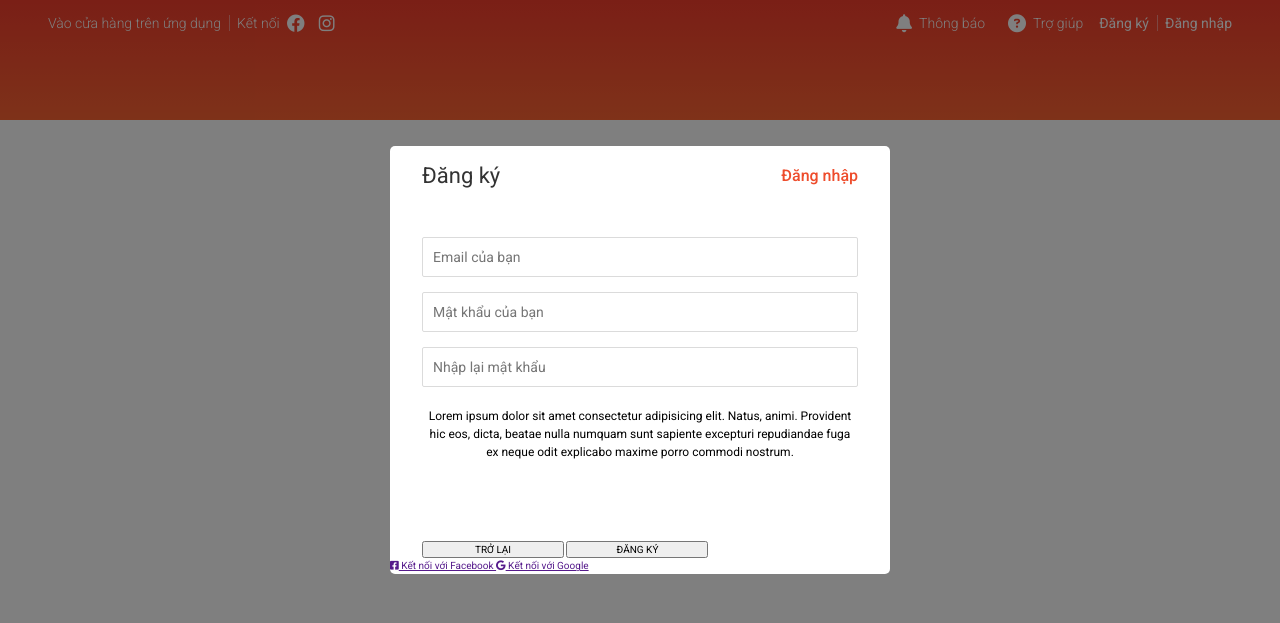
Repository: dptuyen1/F8-Tutorial
Page: index.html
These files come from the project's save history. The page is drawn as it stood at one moment and after the next save; the edit follows.
The browser window is 1280 px wide. The pictures show the whole page.

Above is the page before, as saved 2023-05-08 17:09:45.

After the next save:
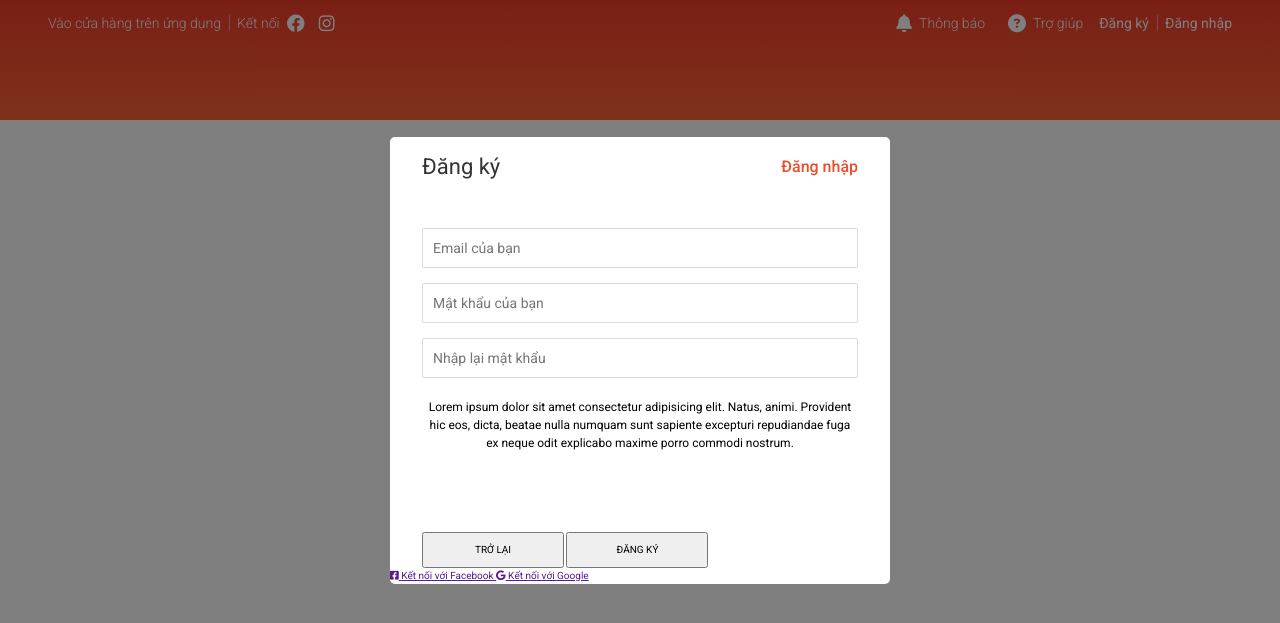
Saved 23 s later.
--- a/assets/css/base.css
+++ b/assets/css/base.css
@@ -64,6 +64,7 @@ html {
 /* Button style */
 .btn {
   min-width: 142px;
+  height: 36px;
 }
 
 /* Animation */
